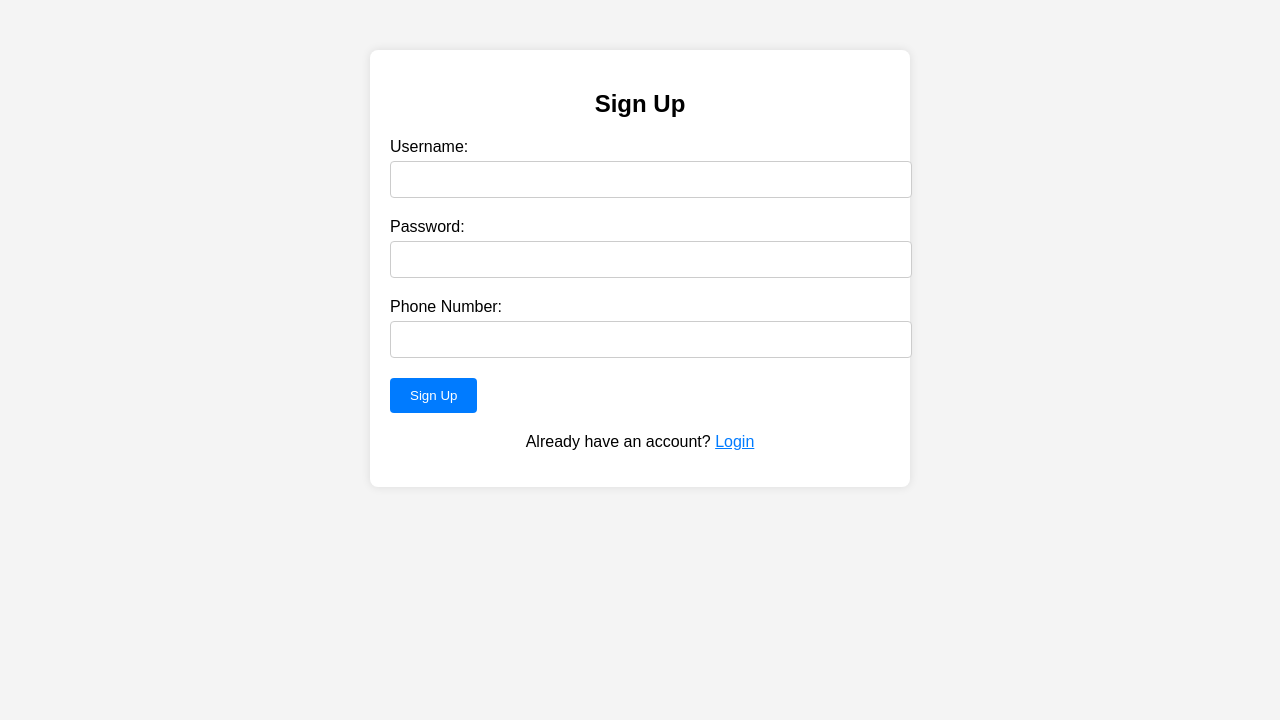
Repository: suryavishakan/parking_management
Page: http://localhost/signup
These files come from the project's save history. The page is drawn as it stood at one moment and after the next save; the edit follows.
The browser window is 1280 px wide. The pictures show the whole page.
The page is served by the project's application, run on Flask 3 (app.py).

Above is the page before, as saved 2024-04-20 13:27:03.

### templates/signup.html
<!-- signup.html -->

<!DOCTYPE html>
<html lang="en">
<head>
    <meta charset="UTF-8">
    <meta name="viewport" content="width=device-width, initial-scale=1.0">
    <title>Sign Up</title>
    <style>
        body {
            font-family: Arial, sans-serif;
            margin: 0;
            padding: 0;
            background-color: #f4f4f4;
        }
        .container {
            width: 100%;
            max-width: 500px;
            margin: 50px auto;
            padding: 20px;
            background-color: #fff;
            border-radius: 8px;
            box-shadow: 0 0 10px rgba(0, 0, 0, 0.1);
        }
        h2 {
            text-align: center;
            margin-bottom: 20px;
        }
        form {
            margin-bottom: 20px;
        }
        label {
            display: block;
            margin-bottom: 5px;
        }
        input[type="text"],
        input[type="password"],
        input[type="phoneNumber"] {
            width: 100%;
            padding: 10px;
            margin-bottom: 20px;
            border: 1px solid #ccc;
            border-radius: 4px;
        }
        button[type="submit"] {
            background-color: #007bff;
            color: #fff;
            border: none;
            padding: 10px 20px;
            border-radius: 4px;
            cursor: pointer;
        }
        button[type="submit"]:hover {
            background-color: #0056b3;
        }
        p {
            text-align: center;
        }
        a {
            color: #007bff;
        }
    </style>
</head>
<body>
    <div class="container">
        <h2>Sign Up</h2>
        {% with messages = get_flashed_messages() %}
            {% if messages %}
                <ul>
                    {% for message in messages %}
                        <li>{{ message }}</li>
                    {% endfor %}
                </ul>
            {% endif %}
        {% endwith %}
        <form action="{{ url_for('signup') }}" method="POST">
            <label for="username">Username:</label>
            <input type="text" id="username" name="username" required>
            <label for="password">Password:</label>
            <input type="password" id="password" name="password" required>
            <label for="phoneNumber">Phone Number:</label>
            <input type="phoneNumber" id="phoneNumber" name="phoneNumber" required>

            <button type="submit">Sign Up</button>
        </form>
        <p>Already have an account? <a href="{{ url_for('login') }}">Login</a></p>
    </div>
</body>
</html>

### app.py
from flask import Flask, Response, request, render_template, jsonify, redirect, url_for, request, flash, session
import pymongo
import secrets
import json
from bson.objectid import ObjectId
from bson.json_util import dumps
from functools import wraps

app=Flask(__name__ , template_folder='templates')
app.secret_key = secrets.token_hex(32)

try:
    mongo = pymongo.MongoClient(
        host = 'localhost',
        port = 27017,
        serverSelectionTimeoutMS = 1000
    )
    db = mongo.ParkingManagementSystemDb #connect to mongodb1
    users_collection = db.admin
    user_collection = db["customer"]
    #cart_collection = db["cart"]
    mongo.server_info() #trigger exception if cannot connect to db
except:
    print("Error connecting to MongoDB")

@app.route('/get/admin', methods=['GET'])
def displayall():
  try:
    documents = db.admin.find()
    output = [{item: data[item] for item in data if item != '_id'} for data in documents]
    return jsonify(output)
  except Exception as ex:
    response = Response("Search Records Error!!",status=500,mimetype='application/json')
    return response

# Route for signup page
@app.route('/signup', methods=['GET', 'POST'])
def signup():
    if request.method == 'POST':
        # Get form data
        username = request.form['username']
        password = request.form['password']

        # Check if username already exists
        if user_collection.find_one({'username': username}):
            flash('Username already exists. Please choose a different one.', 'error')
            return redirect(url_for('signup'))

        # Insert user data into database
        user_data = {'username': username, 'password': password}
        user_collection.insert_one(user_data)

        flash('Signup successful. You can now login.', 'success')
        return redirect(url_for('login'))

    return render_template('signup.html')

# Route to get an employee by name
@app.route('/get/user/<user_name>', methods=['GET'])
def get_user_by_name(user_name):
    try:
        # Using a case-insensitive query to match employee name
        document = db.user.find_one({"user_name": {"$regex": f'^{user_name}$', "$options": 'i'}})

        if document:
            # Exclude _id field from the response
            output = {item: document[item] for item in document if item != '_id'}
            return jsonify(output)
        else:
            return Response("USER not found", status=404, mimetype='application/json')

    except Exception as ex:
        app.logger.error(f"Error retrieving user by name: {ex}")
        return Response("Internal Server Error", status=500, mimetype='application/json')

# Route to get all employees
@app.route('/get/allusers', methods=['GET'])
def get_all_users():
    try:
        # Fetch all documents from the 'employee' collection
        documents = db.user.find()

        # Format the response excluding the _id field
        output = [{item: data[item] for item in data if item != '_id'} for data in documents]

        return jsonify(output)

    except Exception as ex:
        app.logger.error(f"Error retrieving all employees: {ex}")
        return Response("Internal Server Error", status=500, mimetype='application/json')

# Route to update employee details by name
@app.route('/update/user/<user_name>', methods=['PUT'])
def update_user_by_name(user_name):
    try:
        # Using a case-insensitive query to match employee name
        result = db.user.update_one(
            {"employee_name": {"$regex": f'^{user_name}$', "$options": 'i'}},
            {"$set": request.get_json()}
        )

        if result.modified_count > 0:
            return Response("User details updated successfully", status=200, mimetype='application/json')
        else:
            return Response("User not found", status=404, mimetype='application/json')

    except Exception as ex:
        app.logger.error(f"Error updating User details by name: {ex}")
        return Response("Internal Server Error", status=500, mimetype='application/json')

@app.route('/')
def homePage():
    try:
        # Fetch all products from the database
        products_cursor = db.product.find()

        # Convert the cursor to a list of dictionaries
        products = list(products_cursor)

        return render_template('homePage.html', products=products)
    except Exception as ex:
        app.logger.error(f"Error fetching products: {ex}")
        flash('Error fetching products', 'error')
        return render_template('homePage.html', products=[])

# Flask route to render the profile page
@app.route('/profile')
def profile():
    try:
        # Assuming you have a collection named 'users' in your MongoDB
        # Fetch user details from the 'users' collection
        user = db.user.find_one({'username': session['username']})

        if user:
            # Render the profile template with the user details
            return render_template('profile.html', user=user)
        else:
            flash('User details not found', 'error')
            return redirect(url_for('login'))
    except Exception as ex:
        app.logger.error(f"Error fetching user details: {ex}")
        flash('Error fetching user details', 'error')
        return redirect(url_for('login'))

@app.route('/select_user_type', methods=['POST'])
def select_user_type():
    user_type = request.form.get('userType')

    if user_type == 'admin':
        return redirect(url_for('login'))
    elif user_type == 'user':
        return redirect(url_for('login'))
    else:
        flash('Invalid user type selected', 'error')
        return redirect(url_for('index'))

# Update the Flask route for handling login
@app.route('/login', methods=['GET', 'POST'])
def login():
    if request.method == 'POST':
        username = request.form.get('username')
        password = request.form.get('password')

        # Query MongoDB for admin details
        admin_user = users_collection.find_one({'username': username, 'password': password})

        if admin_user:
            # Store admin credentials in the session
            session['username'] = username
            session['password'] = password

            return redirect(url_for('admin_panel'))
        else:
            # Query MongoDB for user details
            user_user = db.user.find_one({'username': username, 'password': password})

            if user_user:
                # Store user credentials in the session
                session['username'] = username
                session['password'] = password

                return redirect(url_for('user_details'))
            else:
                flash('Invalid username or password', 'error')

    return render_template('login.html')


# New route for employee details
@app.route('/user_details')
def user_details():
    # Check if user is authenticated as an employee
    try:
    # if 'username' in session and 'password' in session == 'employee':
        # Fetch employee details based on the stored credentials
        user = db.user.find_one({'username': session['username'], 'password': session['password']})

        if user:
            return render_template('user_details.html', user=user)
        else:
            flash('Unauthorized access', 'error')
            return redirect(url_for('login'))

    except Exception as ex:
        app.logger.error(f"Error fetching user data: {ex}")
        flash(f'Error fetching user data: {ex}', 'error')

    return render_template('user_details.html', user={})

# Route to render the update employee page
@app.route('/update_user/<user_name>', methods=['GET', 'POST'])
def update_user_page(user_name):
    try:
        # Fetch the employee details from the database using the employee name
        user = db.user.find_one({"user_name": {"$regex": f'^{user_name}$', "$options": 'i'}})

        if user:
            # Render the update employee page with the employee details
            return render_template('update_user.html', user=user)
        else:
            return Response("User not found", status=404, mimetype='application/json')

    except Exception as ex:
        app.logger.error(f"Error rendering update_user page: {ex}")
        return Response("Internal Server Error", status=500, mimetype='application/json')

# Route to handle the form submission for updating employee details
@app.route('/submit_update_user/<user_name>', methods=['POST'])
def submit_update_user(user_name):
    try:
        # Use the employee name parameter to identify the employee being updated
        user_name = user_name

        # Update the employee details in the database using request.form.to_dict()
        updated_user_data = request.form.to_dict()

        # Assuming you have a 'employee' collection in your MongoDB
        result = db.user.update_one(
            {"user_name": {"$regex": f'^{user_name}$', "$options": 'i'}},
            {"$set": request.form.to_dict()}
        )

        if result.modified_count > 0:
            flash('user details updated successfully', 'success')
        else:
            flash('user not found', 'error')

    except Exception as ex:
        app.logger.error(f"Error updating user details: {ex}")
        flash('Error updating user details', 'error')

    # Redirect to the admin page after the update
    return redirect(url_for('admin'))

# Route for admin panel
@app.route('/admin', methods=['GET', 'POST'])
def admin_panel():
    if 'username' in session and 'password' in session:
        # Check if the user is an admin
        admin_user = users_collection.find_one({'username': session['username'], 'password': session['password']})
        if admin_user:
            # Render the admin panel page
            return render_template('admin.html')

    # If user is not authenticated or not an admin, redirect to login page
    flash('Unauthorized access', 'error')
    return redirect(url_for('login'))


if __name__ == '__main__':
    app.run(port=5000, debug=True)

After the next save:
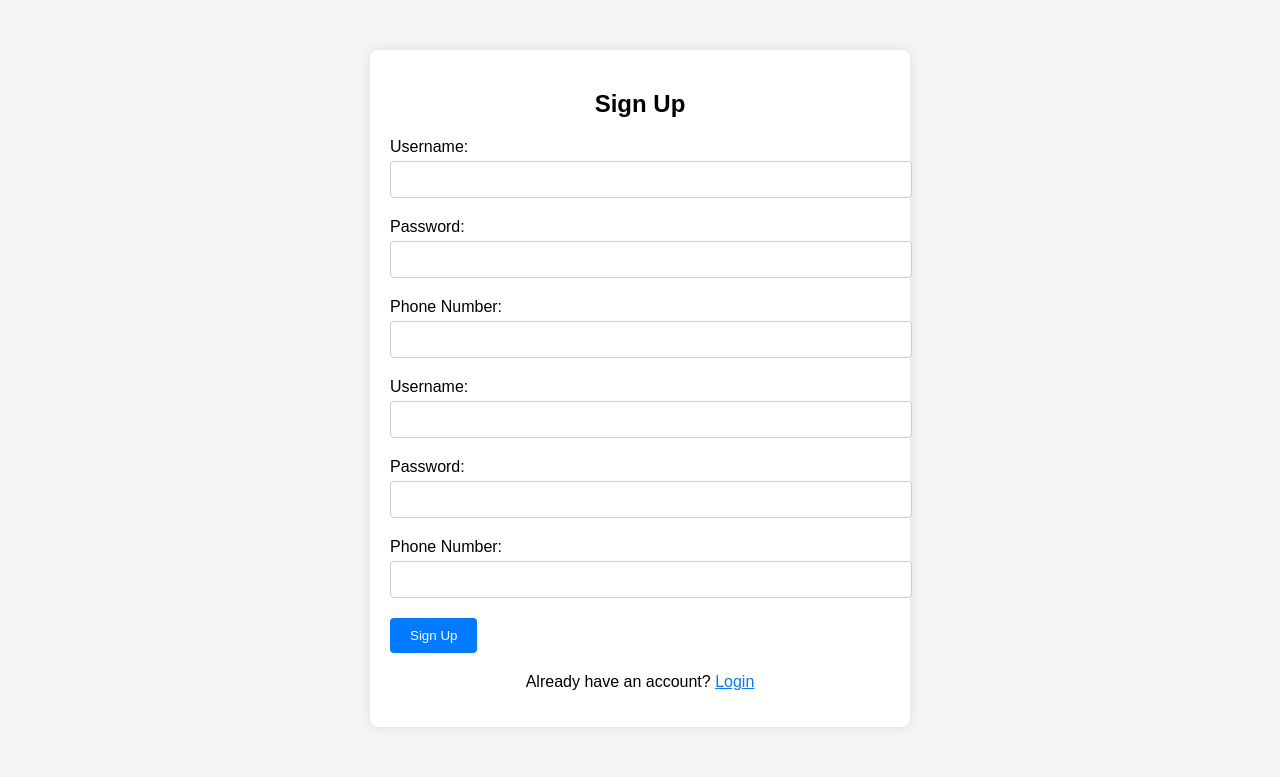
Saved 11 s later.
--- a/templates/signup.html
+++ b/templates/signup.html
@@ -80,7 +80,12 @@
             <input type="password" id="password" name="password" required>
             <label for="phoneNumber">Phone Number:</label>
             <input type="phoneNumber" id="phoneNumber" name="phoneNumber" required>
-
+            <label for="username">Username:</label>
+            <input type="text" id="username" name="username" required>
+            <label for="password">Password:</label>
+            <input type="password" id="password" name="password" required>
+            <label for="phoneNumber">Phone Number:</label>
+            <input type="phoneNumber" id="phoneNumber" name="phoneNumber" required>
             <button type="submit">Sign Up</button>
         </form>
         <p>Already have an account? <a href="{{ url_for('login') }}">Login</a></p>
